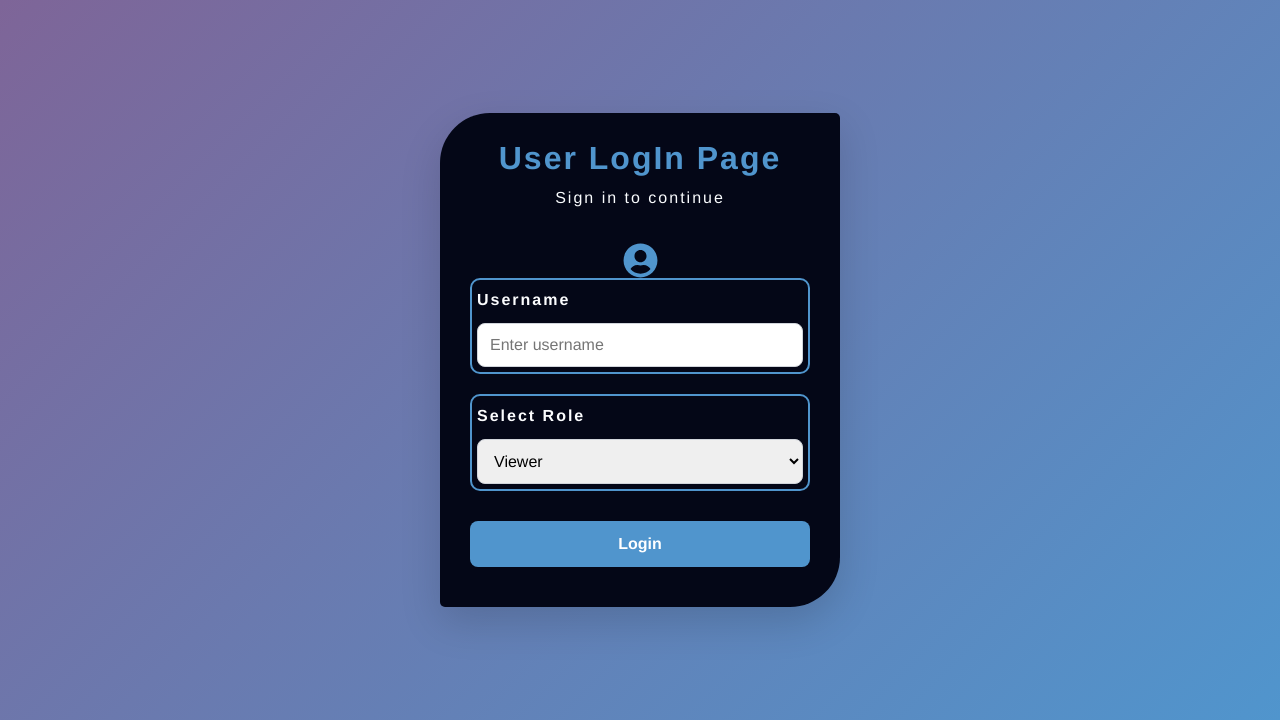
Repository: SolomonChinonso/myUserDashboard
Page: / (app in my-user-dashboard-app/)
These files come from the project's save history. The page is drawn as it stood at one moment and after a run of saves; the edit follows.
The browser window is 1280 px wide. The pictures show the whole page.
The project was rebuilt for these pictures with package versions that can differ from the ones it lists, and the page was loaded fresh each time. Also part of the build but not shown: my-user-dashboard-app/vite.config.ts, my-user-dashboard-app/src/App.css, my-user-dashboard-app/src/pages/global.css, my-user-dashboard-app/src/pages/Dashboard.tsx, my-user-dashboard-app/src/pages/Profile.tsx, my-user-dashboard-app/src/pages/Settings.tsx, my-user-dashboard-app/src/components/Navbar.tsx, my-user-dashboard-app/src/components/ProtectedRoute.tsx.

Above is the page before, as saved 2026-05-31 15:59:10.

### my-user-dashboard-app/index.html
<!doctype html>
<html lang="en">
  <head>
    <meta charset="UTF-8" />
    <link rel="icon" type="image/svg+xml" href="/favicon.svg" />
    <meta name="viewport" content="width=device-width, initial-scale=1.0" />
    <title>my-user-dashboard-app</title>
  </head>
  <body>
    <div id="root"></div>
    <script type="module" src="/src/main.tsx"></script>
  </body>
</html>

### my-user-dashboard-app/src/main.tsx
import React from "react";
import ReactDOM from "react-dom/client";
import App from "./App";
import { BrowserRouter } from "react-router-dom";
import { AuthProvider } from "./context/AuthProvider"
import "./index.css"


ReactDOM.createRoot(document.getElementById("root")!).render(
  <React.StrictMode>
    <BrowserRouter>
      <AuthProvider>
        <App />
      </AuthProvider>
    </BrowserRouter>
  </React.StrictMode>
);

### my-user-dashboard-app/src/App.tsx
import {
  Routes,
  Route,
  Navigate,
} from "react-router-dom";
import "./App.css"

import Login from "./pages/Login";
import Dashboard from "./pages/Dashboard";
import Profile from "./pages/Profile";
import Settings from "./pages/Settings";

import Navbar from "./components/Navbar";
import ProtectedRoute from "./components/ProtectedRoute";

import { useAuth } from "./hooks/useAuth";

function App() {
  const { user } = useAuth();

  return (
    <div className="app-section">
      {user && <Navbar />}

      <Routes>
        {/* Redirect homepage to login */}
        <Route
          path="/"
          element={<Navigate to="/login" replace />}
        />

        <Route
          path="/login"
          element={<Login />}
        />

        <Route
          path="/dashboard"
          element={
            <ProtectedRoute>
              <Dashboard />
            </ProtectedRoute>
          }
        />

        <Route
          path="/profile"
          element={
            <ProtectedRoute>
              <Profile />
            </ProtectedRoute>
          }
        />

        <Route
          path="/settings"
          element={
            <ProtectedRoute adminOnly>
              <Settings />
            </ProtectedRoute>
          }
        />

        {/* Catch-all route */}
        <Route
          path="*"
          element={<Navigate to="/login" replace />}
        />
      </Routes>
    </div>
  );
}

export default App;

### my-user-dashboard-app/src/context/AuthProvider.tsx
import {
  useState,
  type ReactNode,
} from "react";

import type { User } from "../types/user";

import { AuthContext } from "./AuthContext";

interface AuthProviderProps {
  children: ReactNode;
}

export const AuthProvider = ({
  children,
}: AuthProviderProps) => {
  const [user, setUser] =
    useState<User | null>(null);

  const login = (userData: User) => {
    setUser(userData);
  };

  const logout = () => {
    setUser(null);
  };

  return (
    <AuthContext.Provider
      value={{
        user,
        login,
        logout,
      }}
    >
      {children}
    </AuthContext.Provider>
  );
};

### my-user-dashboard-app/src/index.css
*{
    margin: 0;
    padding: 0;
    font-family: 'Franklin Gothic Medium', 'Arial Narrow', Arial, sans-serif;
    box-sizing: border-box;


}
body{
   height: 100vh;
   min-height: 100%;
    letter-spacing: 2px;
    background:  linear-gradient(
    135deg,
    #7e6598,
    #5095cd);
    background-repeat:no-repeat;
    color: #5095cd;
}

### my-user-dashboard-app/src/pages/Login.tsx
import { FaUserCircle } from "react-icons/fa";
import { useState } from "react";
import { useNavigate } from "react-router-dom";
import { useAuth } from "../hooks/useAuth";
import "./Login.css";

const Login = () => {
  const [username, setUsername] = useState("");
  const [role, setRole] = useState("Viewer");

  const { login } = useAuth();
  const navigate = useNavigate();

  const handleLogin = () => {
    login({
      username,
      role: role as "Admin" | "Editor" | "Viewer",
    });

    navigate("/dashboard");
  };

  return (
    <div className="login-page">
      <div className="login-card">
        <h1>User LogIn Page</h1>
        <p className="subtitle">
          Sign in to continue
        </p>
        <FaUserCircle size={35} className="profile-pix" />
        <div className="form-group">
          <label>Username</label>
          <input
            type="text"
            placeholder="Enter username"
            value={username}
            onChange={(e) =>
              setUsername(e.target.value)
            }
          />
        </div>

        <div className="form-group">
          <label>Select Role</label>
          <select
            value={role}
            onChange={(e) =>
              setRole(e.target.value)
            }
          >
            <option>Admin</option>
            <option>Editor</option>
            <option>Viewer</option>
          </select>
        </div>

        <button
          className="login-btn"
          onClick={handleLogin}
        >
          Login
        </button>
      </div>
    </div>
  );
};

export default Login;

### my-user-dashboard-app/src/hooks/useAuth.ts
import { useContext } from "react";

import { AuthContext } from "../context/AuthContext";

export const useAuth = () => {
  const context = useContext(AuthContext);

  if (!context) {
    throw new Error(
      "useAuth must be used inside AuthProvider"
    );
  }

  return context;
};

### my-user-dashboard-app/src/context/AuthContext.ts
import { createContext } from "react";

import type { User } from "../types/user";

export interface AuthContextType {
  user: User | null;
  login: (user: User) => void;
  logout: () => void;
}
export const AuthContext =
  createContext<AuthContextType | null>(null);

### my-user-dashboard-app/src/pages/Login.css
/* Full page layout */
.login-page {
  min-height: 100vh;

  display: flex;
  justify-content: center;
  align-items: center;
  margin-top: 0;
  padding: 20px;
}

/* Login card */
.login-card {
  width: 100%;
  max-width: 400px;
  height: 100%;
  background: #040717;
  padding: 30px;
  border-radius: 50px 5px;
  display: flex;
  flex-direction: column;
  justify-content: center;
  align-items: center;
  box-shadow: 0 15px 40px
    rgba(0, 0, 0, 0.15);
  line-height: 30px;
  text-align: center;
}


/* Heading */
.login-card h1 {
  margin-bottom: 10px;
  color: #5095cd;
}

.subtitle {
  color: #fafcfe;
  margin-bottom: 30px;
}

/* Form group */
.form-group {
    border: 2px solid #5095cd;
    width: 100%;
    border-radius: 10px;
    padding: 5px;
  display: flex;
  flex-direction: column;
  text-align: left;
  margin-bottom: 20px;
}

.form-group label {
  margin-bottom: 8px;
  font-weight: 600;
  color: #fbfcfe;
}

/* Inputs */
.form-group input,
.form-group select {
  padding: 12px;
  border: 1px solid #d1d5db;
  border-radius: 8px;

  font-size: 16px;
  outline: none;

  transition: 0.3s ease;
}

.form-group input:focus,
.form-group select:focus {
  border-color: #4f46e5;
  box-shadow: 0 0 0 3px
    rgba(79, 70, 229, 0.15);
}

/* Button */
.login-btn {
  width: 100%;
  padding: 14px;

  border: none;
  border-radius: 8px;

  background: #5095cd;
  color: white;

  font-size: 16px;
  font-weight: bold;

  cursor: pointer;
  transition: 0.3s ease;
}

.login-btn:hover {
  background: #4338ca;
  transform: translateY(-2px);
}

### my-user-dashboard-app/src/components/Navbar.css
nav{
    background: rgb(48, 4, 59);
    display: flex;
    justify-content: space-between;
    align-items: center;
    /* margin: 20px; */
    /* padding: 10px; */
    /* max-width: 100vw; */
    /* width: 100%; */
    /* flex-wrap: wrap; */
    /* border-radius: 50px; */

}
nav .logo{
    font-family: system-ui, -apple-system, BlinkMacSystemFont, 'Segoe UI', Roboto, Oxygen, Ubuntu, Cantarell, 'Open Sans', 'Helvetica Neue', sans-serif;
    font-style: oblique;
    background: transparent;
    margin: 10px;
    padding: 5px 10px;
    width: 100px;
   border-radius: 50%;
    display: flex;
    flex-direction: column;
    text-align: center;
    border: 2px solid rgb(117, 180, 222);;
}
.links{
    display: flex;
    gap: 5px;

}
a{
    font-family: Arial, Helvetica, sans-serif;
    text-decoration: none;
    color: rgb(224, 224, 240);
   font-size: large;
   font-weight: 700;
}
button{
    font-size: 1rem;
    color: #f3f3f8;
    padding: 5px 10px;
    margin: 10px;
    border: 2px solid rgb(117, 180, 222);
    border-radius: 50px;
    background: transparent;
    cursor: pointer;
    transition: 0.3s ease-in-out;
}
span{
    display: flex;
    flex-direction: column;
    justify-content: center;
    align-items: center;

    color: rgb(240, 240, 244);
}
.profile{
    display: flex;
}

After the next 2 saves:
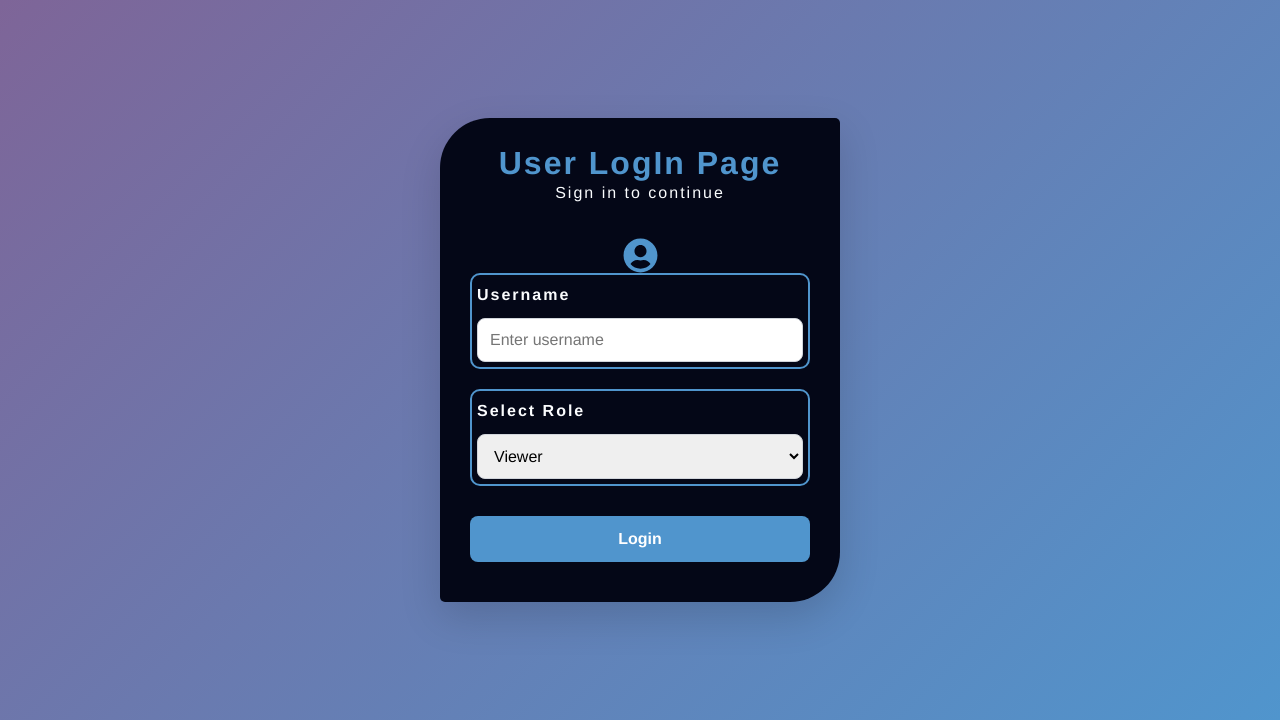
The 2 saves are shown as one change because they came seconds apart.
The last was saved 20 s later.
--- a/my-user-dashboard-app/src/pages/Login.css
+++ b/my-user-dashboard-app/src/pages/Login.css
@@ -27,7 +27,7 @@
   text-align: center;
 }
 
-
+.profile-pix
 /* Heading */
 .login-card h1 {
   margin-bottom: 10px;

After the save that followed:
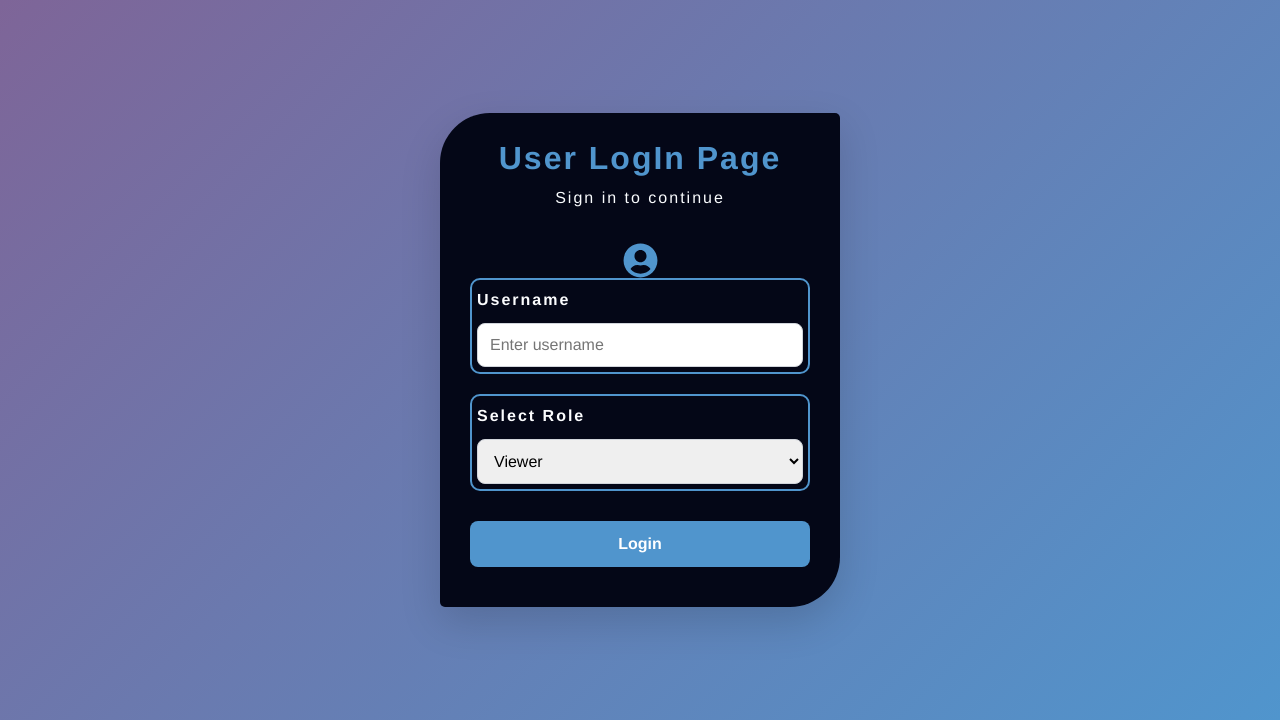
Saved 4 s later.
--- a/my-user-dashboard-app/src/pages/Login.css
+++ b/my-user-dashboard-app/src/pages/Login.css
@@ -27,7 +27,9 @@
   text-align: center;
 }
 
-.profile-pix
+.profile-pix{
+
+}
 /* Heading */
 .login-card h1 {
   margin-bottom: 10px;
